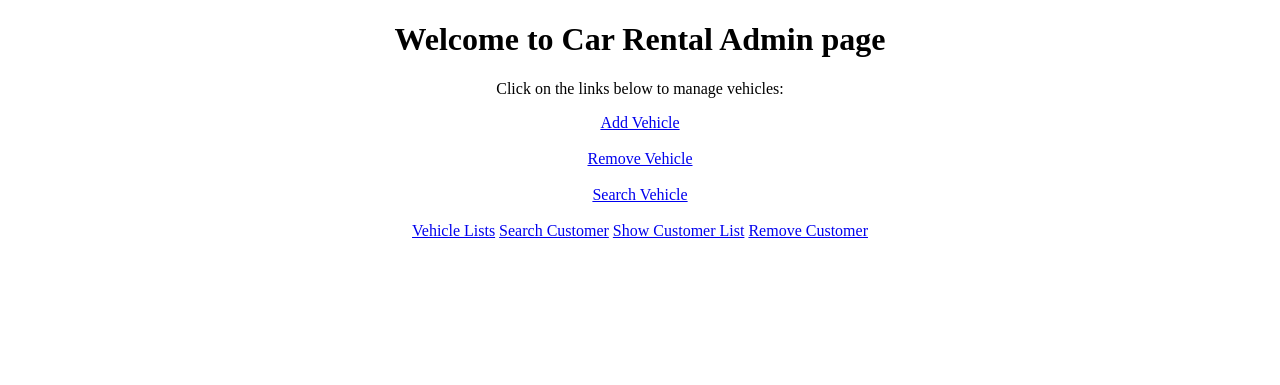
Repository: harsh23012/InfiniteProjects
Page: CarRent/carrent/src/main/webapp/AdminPage.html
An editor plug-in stored every save of this project. The page is shown before and after the next save, followed by the edit.
The browser window is 1280 px wide. The pictures show the whole page.

Above is the page before, as saved 2025-05-04 11:20:21.

After the next save:
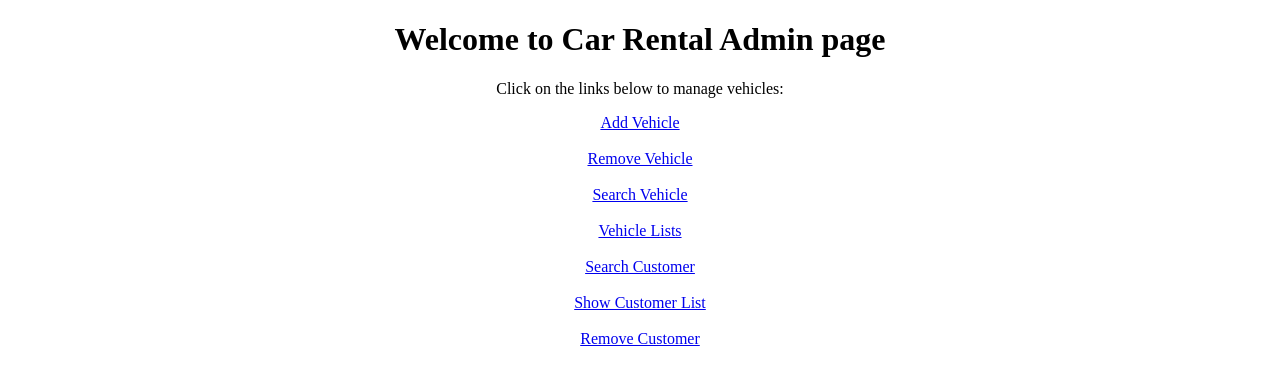
Saved 58 s later.
--- a/CarRent/carrent/src/main/webapp/AdminPage.html
+++ b/CarRent/carrent/src/main/webapp/AdminPage.html
@@ -20,13 +20,13 @@
         <a href="SearchVehicle.html">Search Vehicle</a><br><br>
 
         <!-- Link to list of available vehicle page -->
-        <a href="AvailVehicle.html">Vehicle Lists</a>
+        <a href="AvailVehicle.html">Vehicle Lists</a><br><br>
 
         <!-- Link to Find Customer -->
-        <a href="SearchCustomer.html">Search Customer</a>
+        <a href="SearchCustomer.html">Search Customer</a><br><br>
 
         <!-- Link to Show Customer List -->
-        <a href="CustomerList.html">Show Customer List</a>
+        <a href="CustomerList.html">Show Customer List</a><br><br>
 
         <!-- Link to remove Customer -->
         <a href="RemoveCustomer.html">Remove Customer</a>
